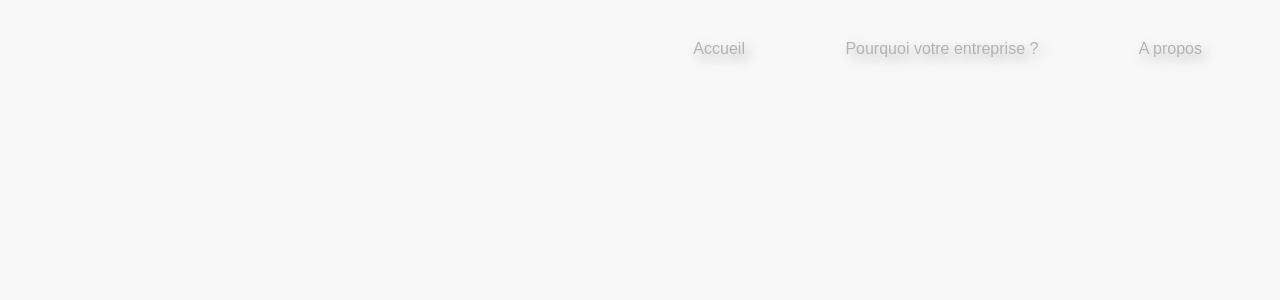
Repository: inessben/application
Page: about/about.html
An editor plug-in stored every save of this project. The page is shown before and after the next save, followed by the edit.
The browser window is 1280 px wide. The pictures show the whole page.

Above is the page before, as saved 2023-12-03 21:08:19.

After the next save:
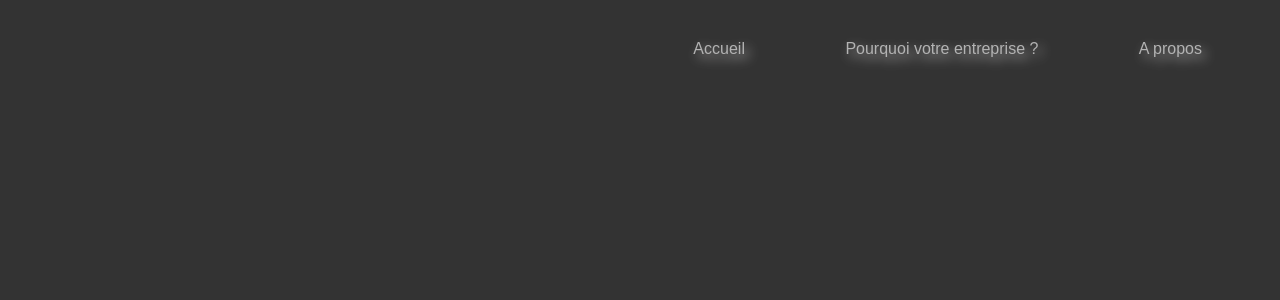
Saved 19 s later.
--- a/about/about.css
+++ b/about/about.css
@@ -10,7 +10,7 @@ html {
         align-items: center;
         justify-content: center;
         height: 100vh;
-        background-color: #f8f8f8;
+        background-color: #333;
         }
 
         #nav-header {
